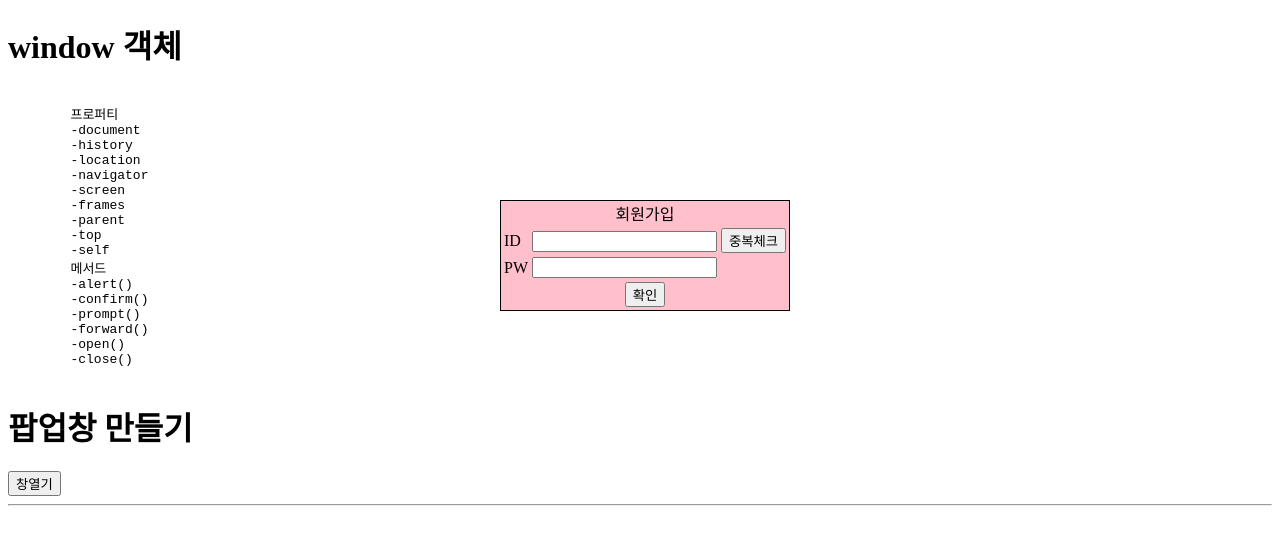
Repository: leedh909/Academy-web-
Page: 실습자료/JS(eclipse)/eclipse-js/JavaScript/WebContent/js13_window01.html
The author's editor kept a copy of each file at every save. The page is drawn from the files as they stood at one save, then again after the next save.
The browser window is 1280 px wide. The pictures show the whole page.

Above is the page before, as saved 2020-06-15 04:24:27.

After the next save:
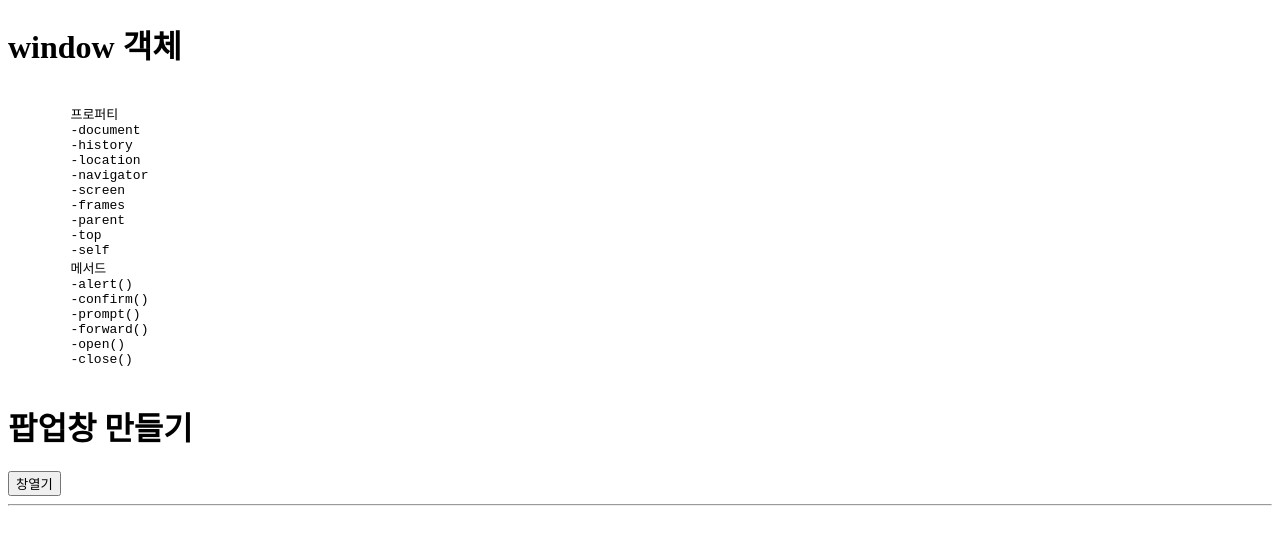
Saved 10 s later.
--- a/실습자료/JS(eclipse)/eclipse-js/JavaScript/WebContent/js13_window01.html
+++ b/실습자료/JS(eclipse)/eclipse-js/JavaScript/WebContent/js13_window01.html
@@ -10,6 +10,7 @@
 		position: absolute;
 		top: 200px;
 		left: 500px;
+		display: none;
 	}
 </style>
 <script type="text/javascript">

After the save that followed:
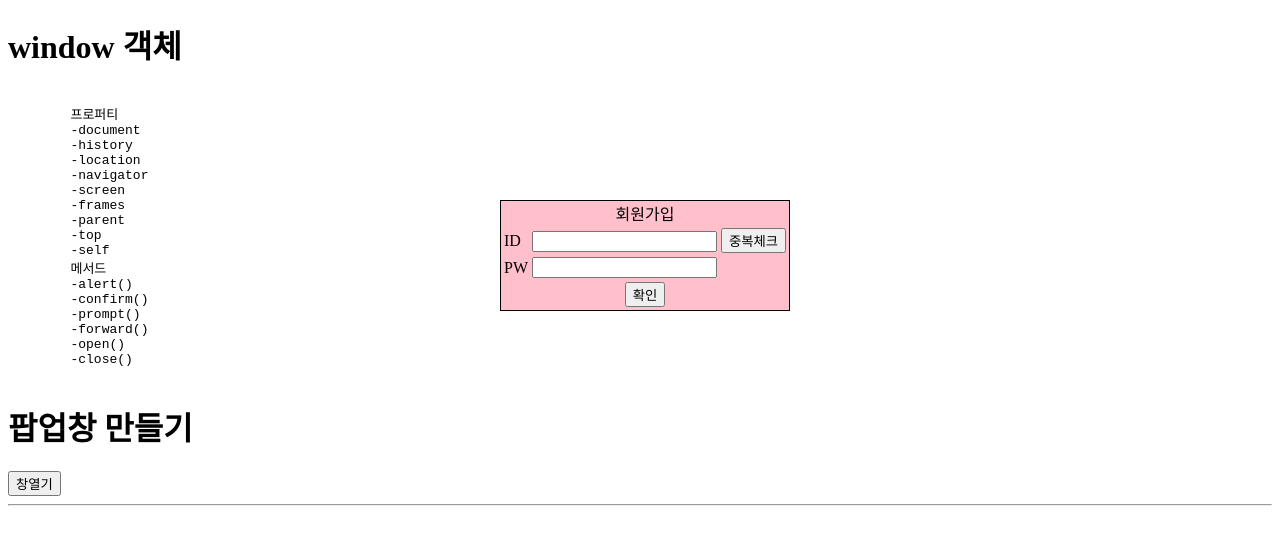
Saved 58 s later.
--- a/실습자료/JS(eclipse)/eclipse-js/JavaScript/WebContent/js13_window01.html
+++ b/실습자료/JS(eclipse)/eclipse-js/JavaScript/WebContent/js13_window01.html
@@ -10,7 +10,7 @@
 		position: absolute;
 		top: 200px;
 		left: 500px;
-		display: none;
+		//display: none;
 	}
 </style>
 <script type="text/javascript">
